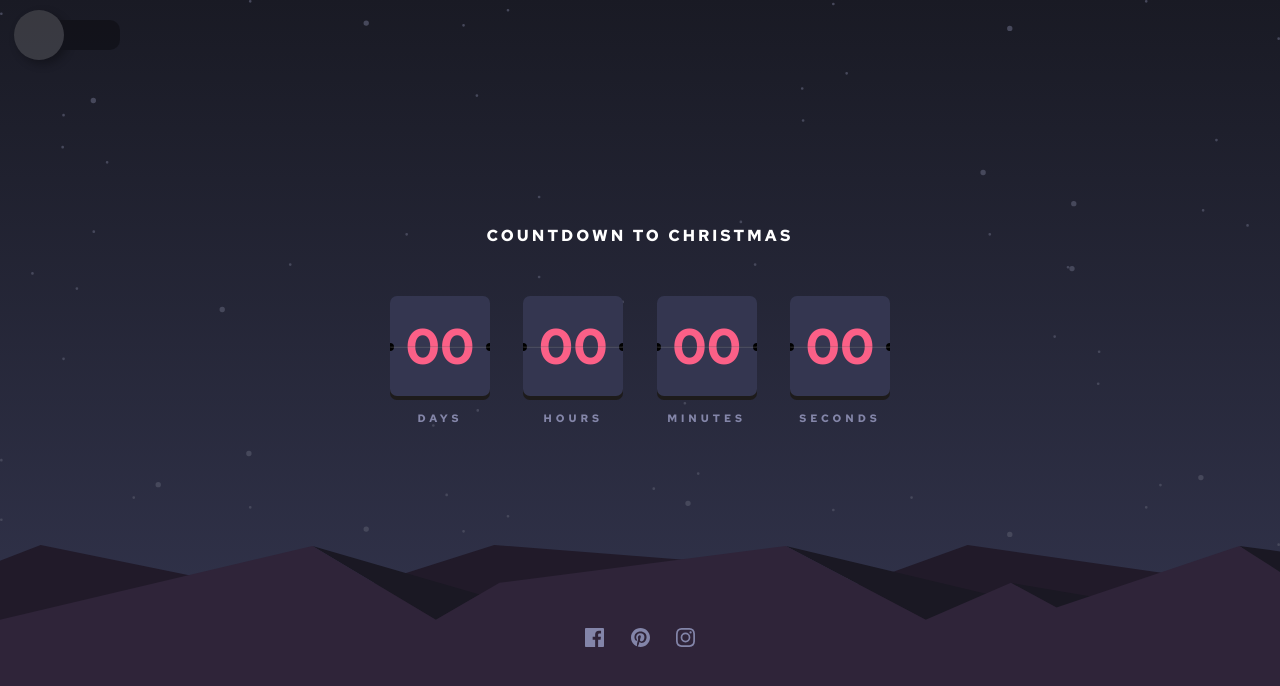
Repository: Eugene44-hub/countdown
Page: index.html
The author's editor kept a copy of each file at every save. The page is drawn from the files as they stood at one save, then again after the next save.
The browser window is 1280 px wide. The pictures show the whole page.
After loading, the first visible `div.toggle` was clicked once.

Above is the page before, as saved 2021-09-13 02:57:46.

After the next save:
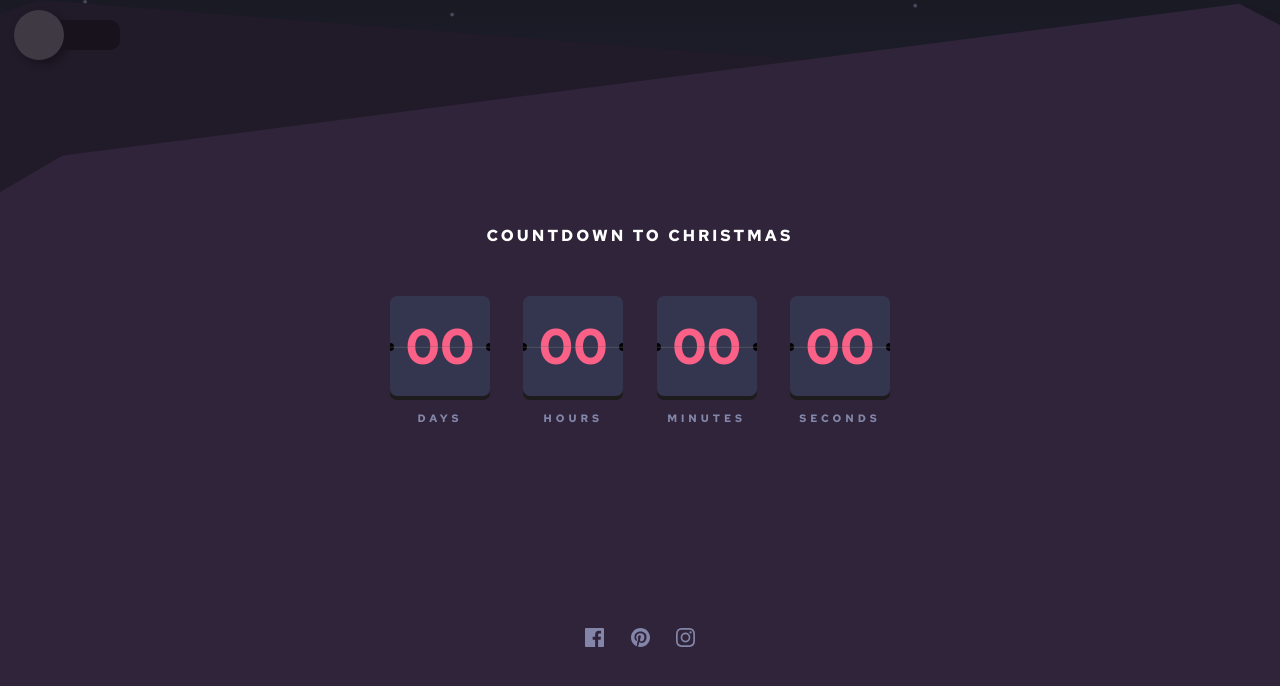
Saved 53 s later.
--- a/app.js
+++ b/app.js
@@ -37,6 +37,8 @@ toggle.addEventListener('click', e => {
         toggle.style.left = '-6px'
         box.style.backgroundColor = 'black';
         document.body.style.backgroundImage = " url('images/pattern-hills.svg'), url('images/bg-stars.svg'), linear-gradient( hsl(235, 18%, 12%), hsl(236, 21%, 26%))"
+        document.body.style.backgroundRepeat = 'no-repeat';
+        document.body.style.backgroundSize = 'cover'
 
     }
 })
